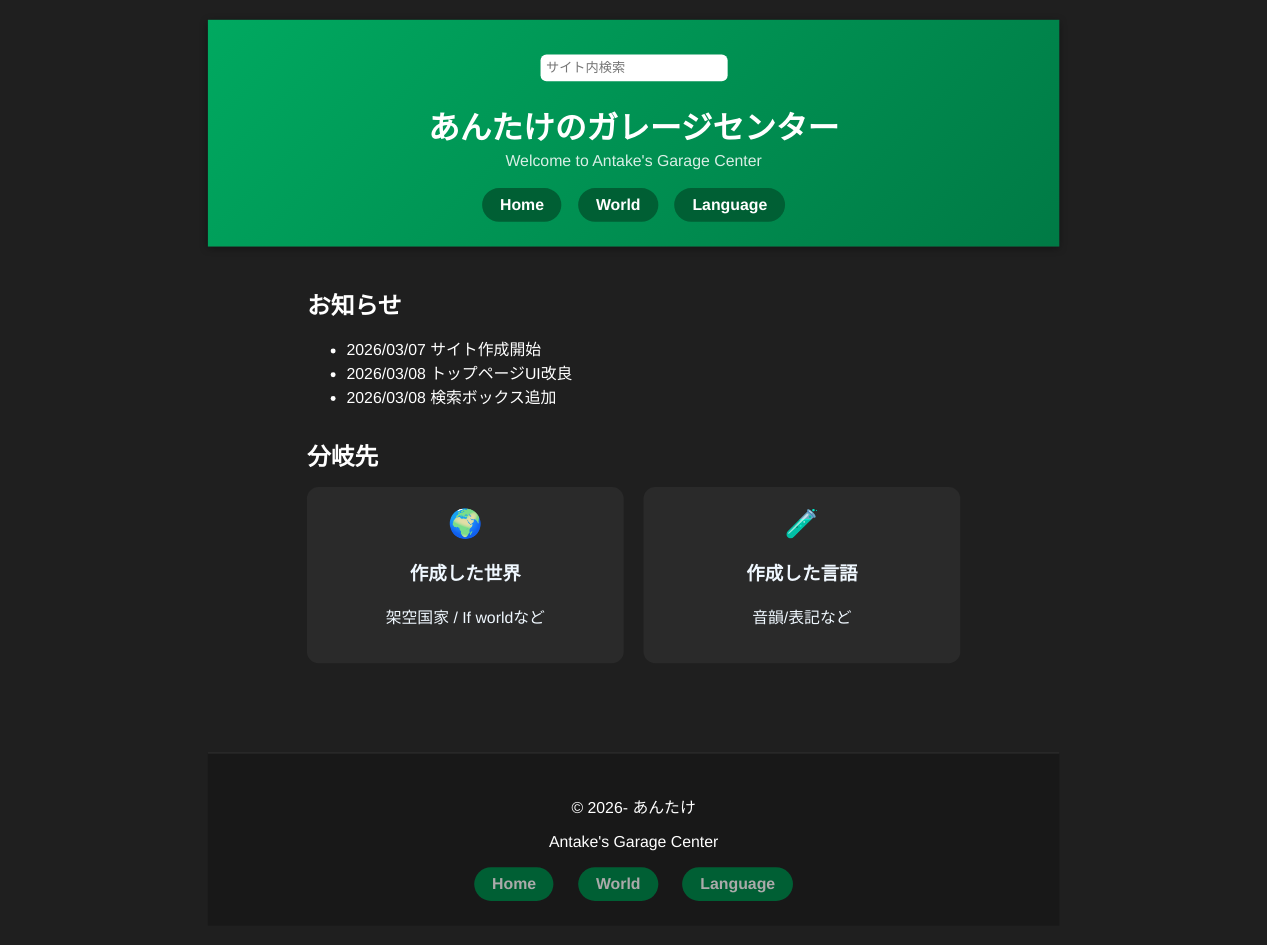
Repository: Player5270-antake/Player5270-antake.github.io
Page: index.html
The author's editor kept a copy of each file at every save. The page is drawn from the files as they stood at one save, then again after the next save.
The browser window is 1280 px wide. The pictures show the whole page, at 99% of full size.

Above is the page before, as saved 2026-03-08 22:46:37.
Console error: ReferenceError: highlightToc is not defined

After the next save:
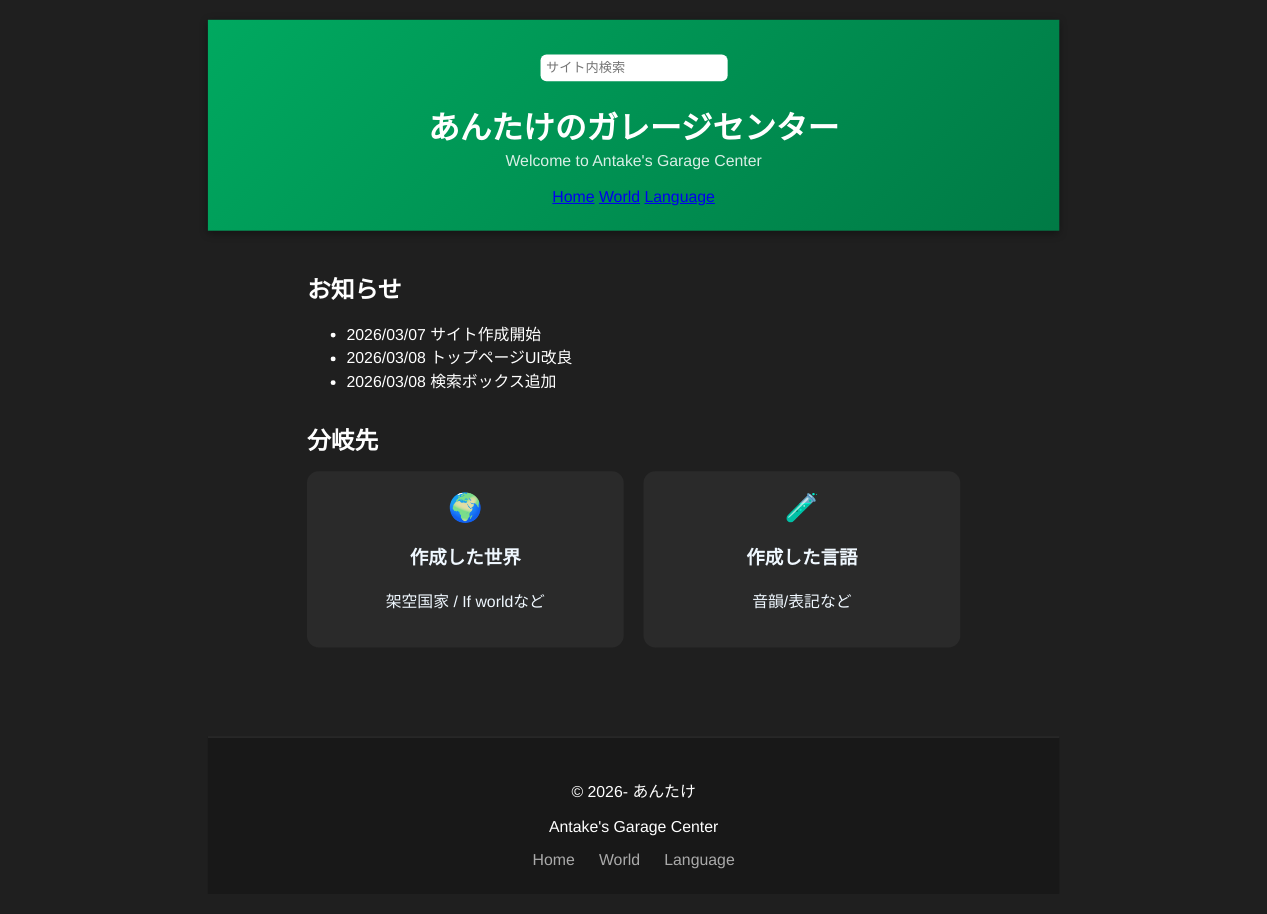
Saved 32 s later.
--- a/css/header.css
+++ b/css/header.css
@@ -21,7 +21,7 @@ nav{
     margin-top:18px;
 }
 
-nav a{
+.header-nav a{
     text-decoration:none;
     color:white;
     background-color:#005f34;
